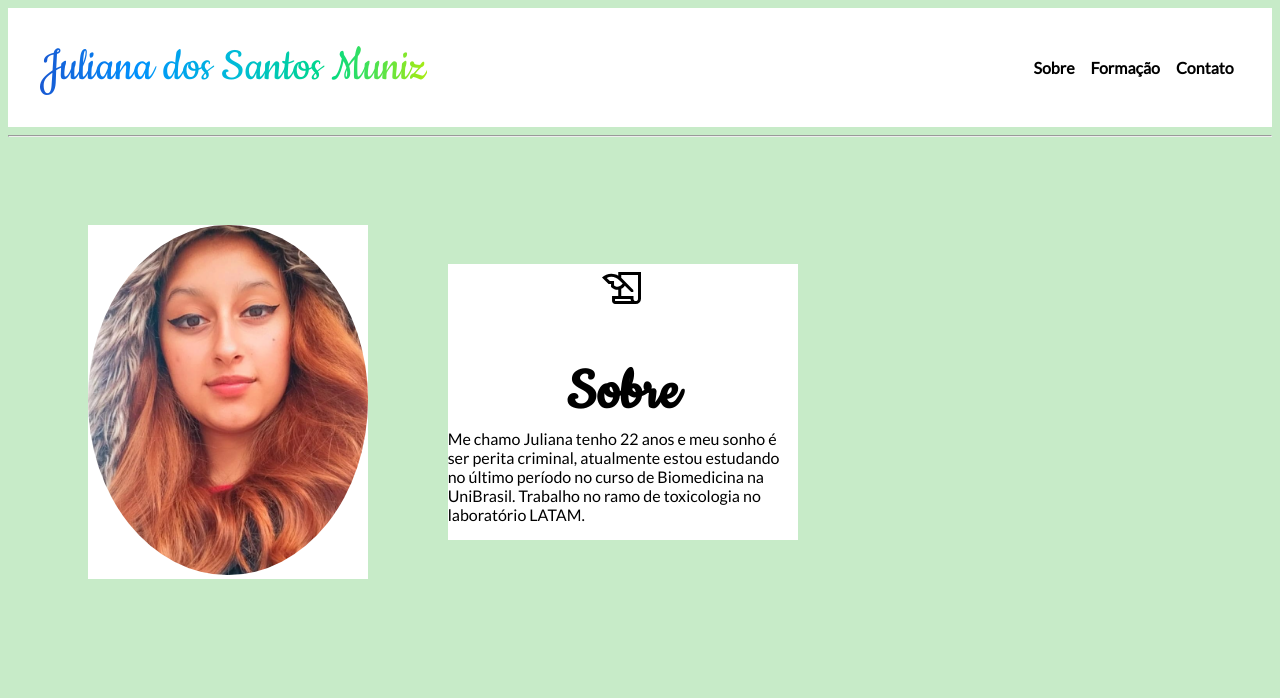
Repository: joaovnogueira/Portfolio-Juliana
Page: index.html
These files come from the project's save history. The page is drawn as it stood at one moment and after a run of saves; the edit follows.
The browser window is 1280 px wide. The pictures show the whole page.

Above is the page before, as saved 2022-06-14 16:19:03.

After the next 3 saves:
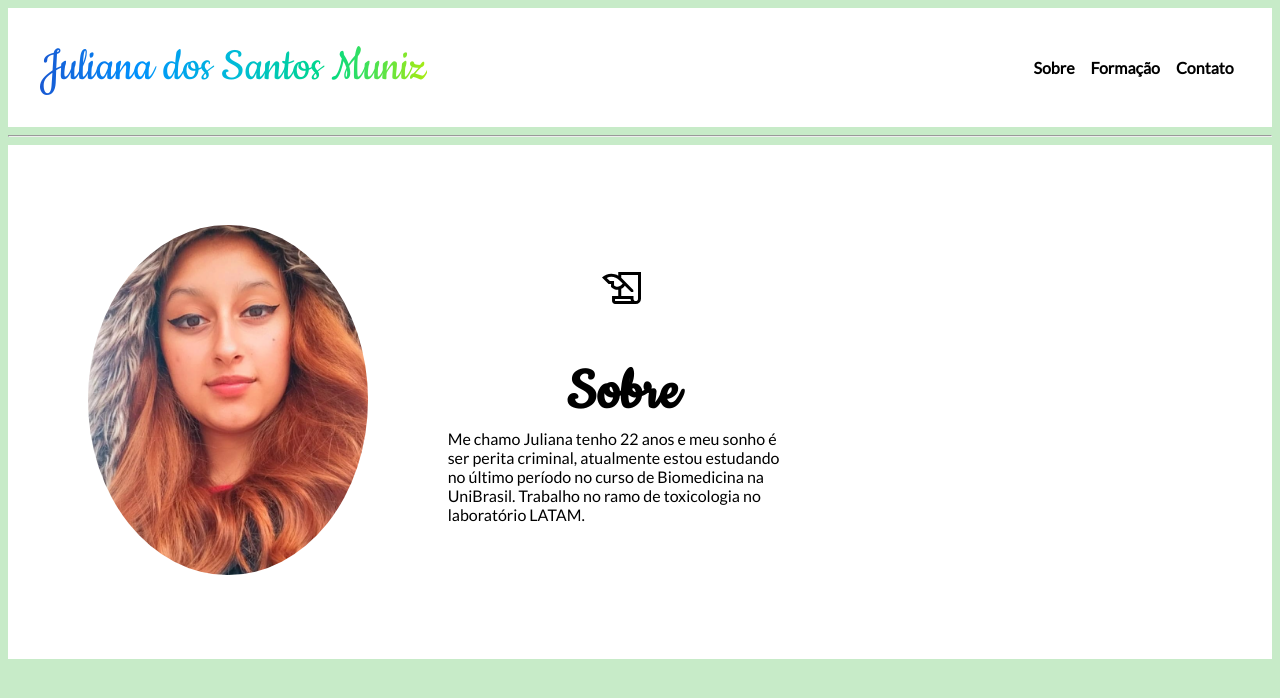
The 3 saves are shown as one change because they came seconds apart.
The last was saved 10 s later.
--- a/styles.css
+++ b/styles.css
@@ -47,12 +47,13 @@ hr{
     display: flex;
     padding: 5rem;
     align-items: center;
+    background-color: #FFFFFF;
+
 }
 
 .foto{
     align-items: center;
     margin-right: 80px;
-    background-color: #FFFFFF;
 
 }
 
@@ -62,8 +63,6 @@ hr{
     max-height: 100vh;
     text-align: center;
     vertical-align:middle;
-    background-color: #FFFFFF;
-
 
 }
 
